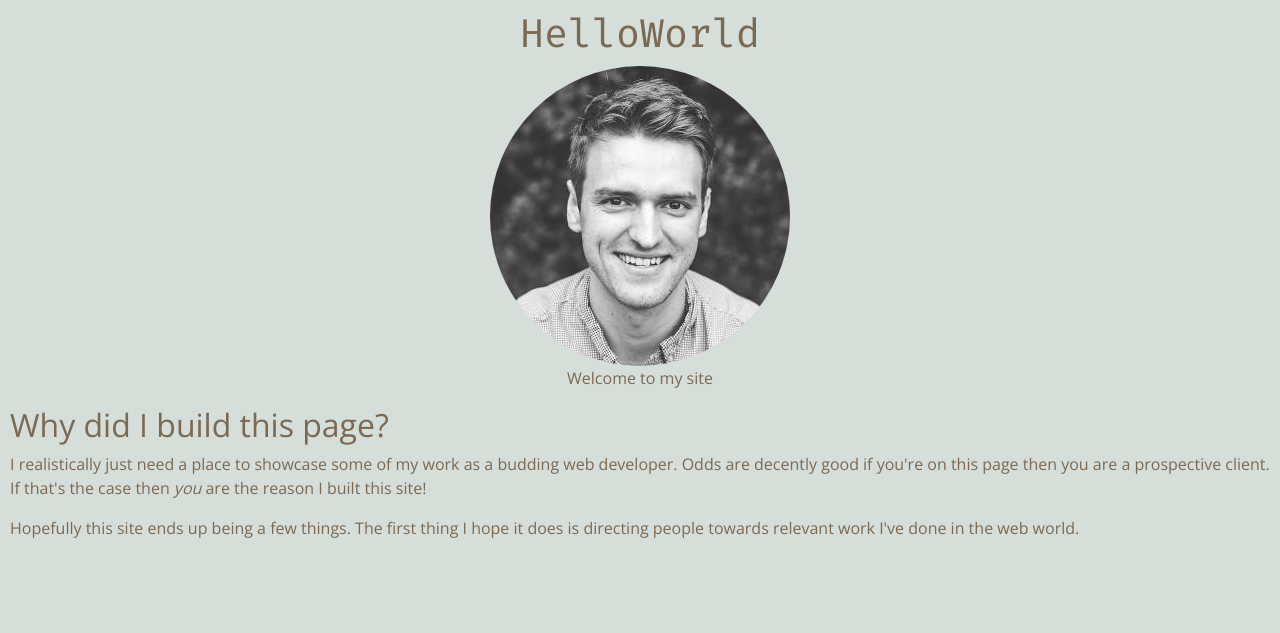
Repository: milespossing/Personal-Page
Page: index.html
An editor plug-in stored every save of this project. The page is shown before and after the next save, followed by the edit.
The browser window is 1280 px wide. The pictures show the whole page.

Above is the page before, as saved 2019-09-25 07:07:36.

### index.html
<head>
    <link rel="stylesheet" href="https://stackpath.bootstrapcdn.com/bootstrap/4.3.1/css/bootstrap.min.css" integrity="sha384-ggOyR0iXCbMQv3Xipma34MD+dH/1fQ784/j6cY/iJTQUOhcWr7x9JvoRxT2MZw1T" crossorigin="anonymous">
    <link rel="stylesheet" type="text/css" href="Styles/style.css"/>
    <link href="https://fonts.googleapis.com/css?family=Fira+Mono|Open+Sans&display=swap" rel="stylesheet">
</head>
<body>
    <div class="Site-Header">
        <h1 class="code">HelloWorld</h1>
        <div>
            <img src="Images/simple-headshot.jpeg" class="Display-Picture"/>
        </div>
    </div>
    <p>Welcome to my site</p>
    <div>
        <h2>Why did I build this page?</h2>
        <p>I realistically just need a place to showcase some of my work as a budding web developer. Odds are decently good if you're on this page then you are a prospective client. If that's the case then <em>you</em> are the reason I built this site!</p>
        <p>Hopefully this site ends up being a few things. The first thing I hope it does is directing people towards relevant work I've done in the web world.</p>
    </div>

</body>

### Styles/style.css
/*
#D9CEB2
#948C75
#D5DED9
#7A6A53
#99B2B7
 */

body {
    display: flex;
    flex-direction: column;
    align-content: center;
    align-items: center;
    background: #D5DED9;
    color: #7A6A53;
    font-family: 'Open Sans', sans-serif;
    /* background-image: url("../Images/john-fowler-aaIN3y2zcMQ-unsplash.jpg"); */
    background-size: cover;
    background-attachment: fixed;
    background-position: center;
    padding: 10px;
}

.site-header {
    width: 100%;
    display: flex;
    flex-direction: column;
    align-items: center;
    justify-items: right;
    background-size: cover;
}

.background-container {

}

.code {
    font-family: 'Fira Mono', monospace;
}

.display-picture {
    border-radius: 50%;
}

After the next save:
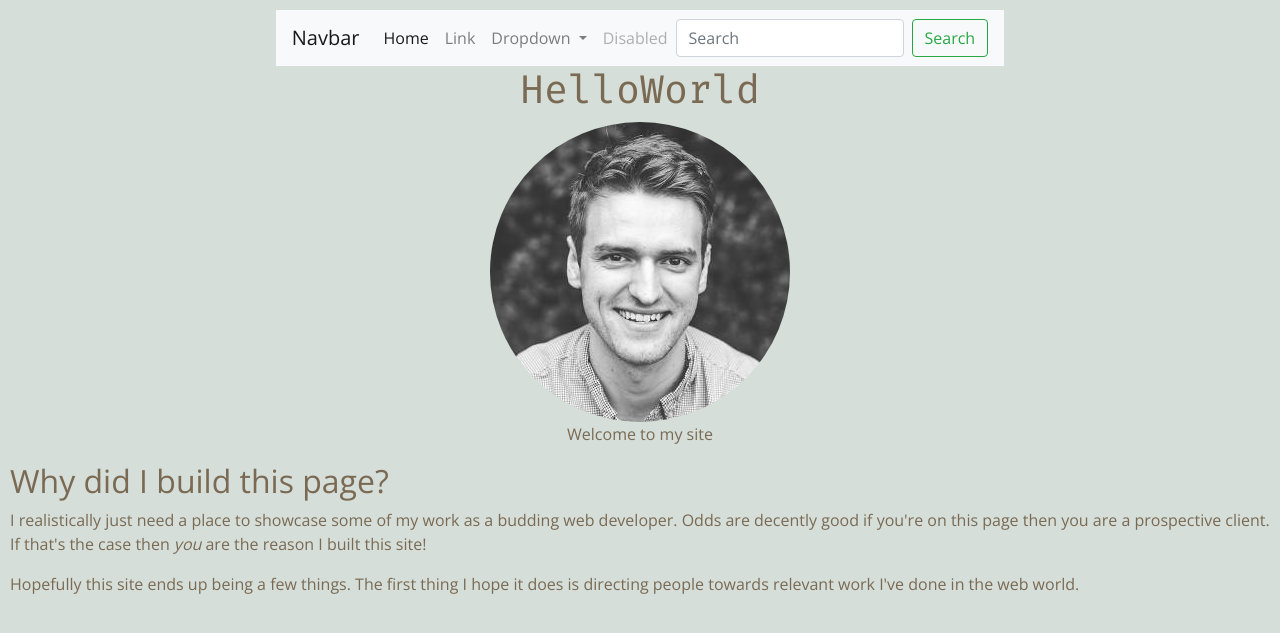
Saved 100 s later.
--- a/index.html
+++ b/index.html
@@ -4,6 +4,43 @@
     <link href="https://fonts.googleapis.com/css?family=Fira+Mono|Open+Sans&display=swap" rel="stylesheet">
 </head>
 <body>
+    <nav class="navbar navbar-expand-lg navbar-light bg-light">
+        <a class="navbar-brand" href="#">Navbar</a>
+        <button class="navbar-toggler" type="button" data-toggle="collapse" data-target="#navbarSupportedContent" aria-controls="navbarSupportedContent" aria-expanded="false" aria-label="Toggle navigation">
+            <span class="navbar-toggler-icon"></span>
+        </button>
+
+        <div class="collapse navbar-collapse" id="navbarSupportedContent">
+            <ul class="navbar-nav mr-auto">
+            <li class="nav-item active">
+                <a class="nav-link" href="#">Home <span class="sr-only">(current)</span></a>
+            </li>
+            <li class="nav-item">
+                <a class="nav-link" href="#">Link</a>
+            </li>
+            <li class="nav-item dropdown">
+                <a class="nav-link dropdown-toggle" href="#" id="navbarDropdown" role="button" data-toggle="dropdown" aria-haspopup="true" aria-expanded="false">
+                Dropdown
+                </a>
+                <div class="dropdown-menu" aria-labelledby="navbarDropdown">
+                <a class="dropdown-item" href="#">Action</a>
+                <a class="dropdown-item" href="#">Another action</a>
+                <div class="dropdown-divider"></div>
+                <a class="dropdown-item" href="#">Something else here</a>
+                </div>
+            </li>
+            <li class="nav-item">
+                <a class="nav-link disabled" href="#">Disabled</a>
+            </li>
+            </ul>
+            <form class="form-inline my-2 my-lg-0">
+            <input class="form-control mr-sm-2" type="search" placeholder="Search" aria-label="Search">
+            <button class="btn btn-outline-success my-2 my-sm-0" type="submit">Search</button>
+            </form>
+        </div>
+    </nav>
+
+    </div>
     <div class="Site-Header">
         <h1 class="code">HelloWorld</h1>
         <div>
